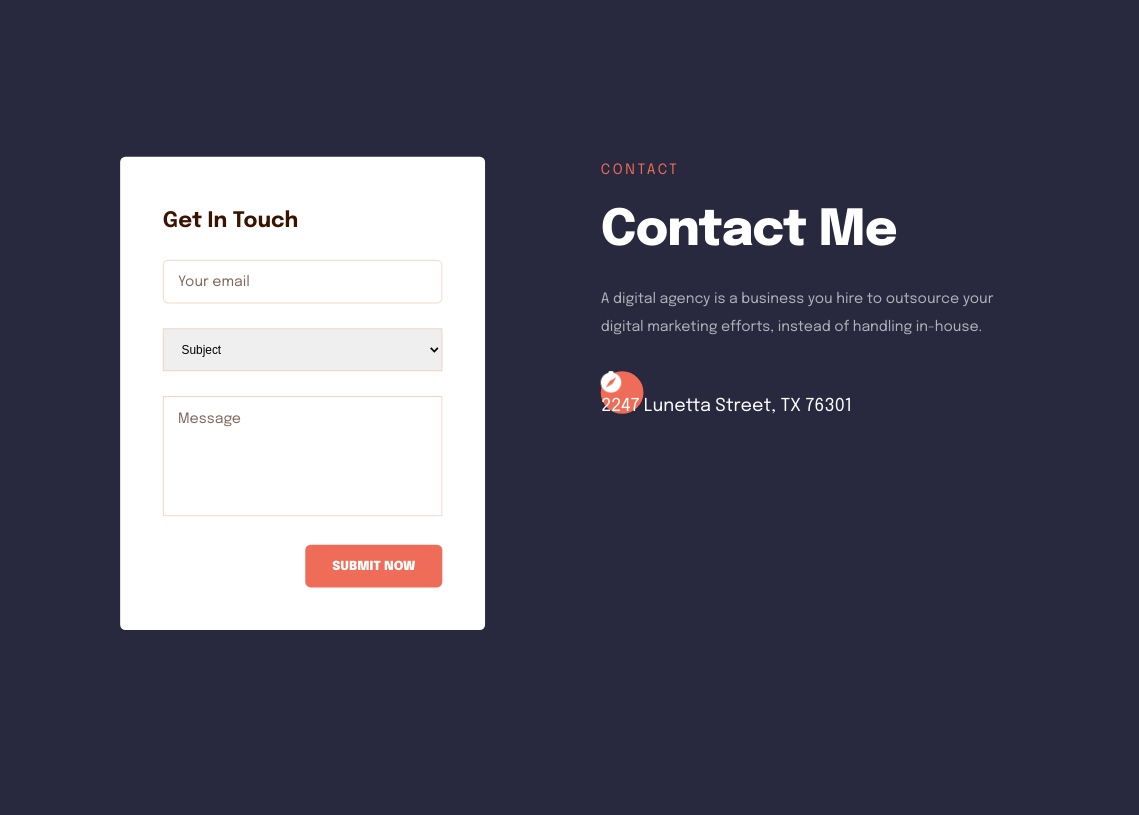
Repository: simralgasimov/contact-me
Page: index.html
These files come from the project's save history. The page is drawn as it stood at one moment and after the next save; the edit follows.
The browser window is 1280 px wide. The pictures show the whole page, at 89% of full size.

Above is the page before, as saved 2023-10-04 13:33:09.

After the next save:
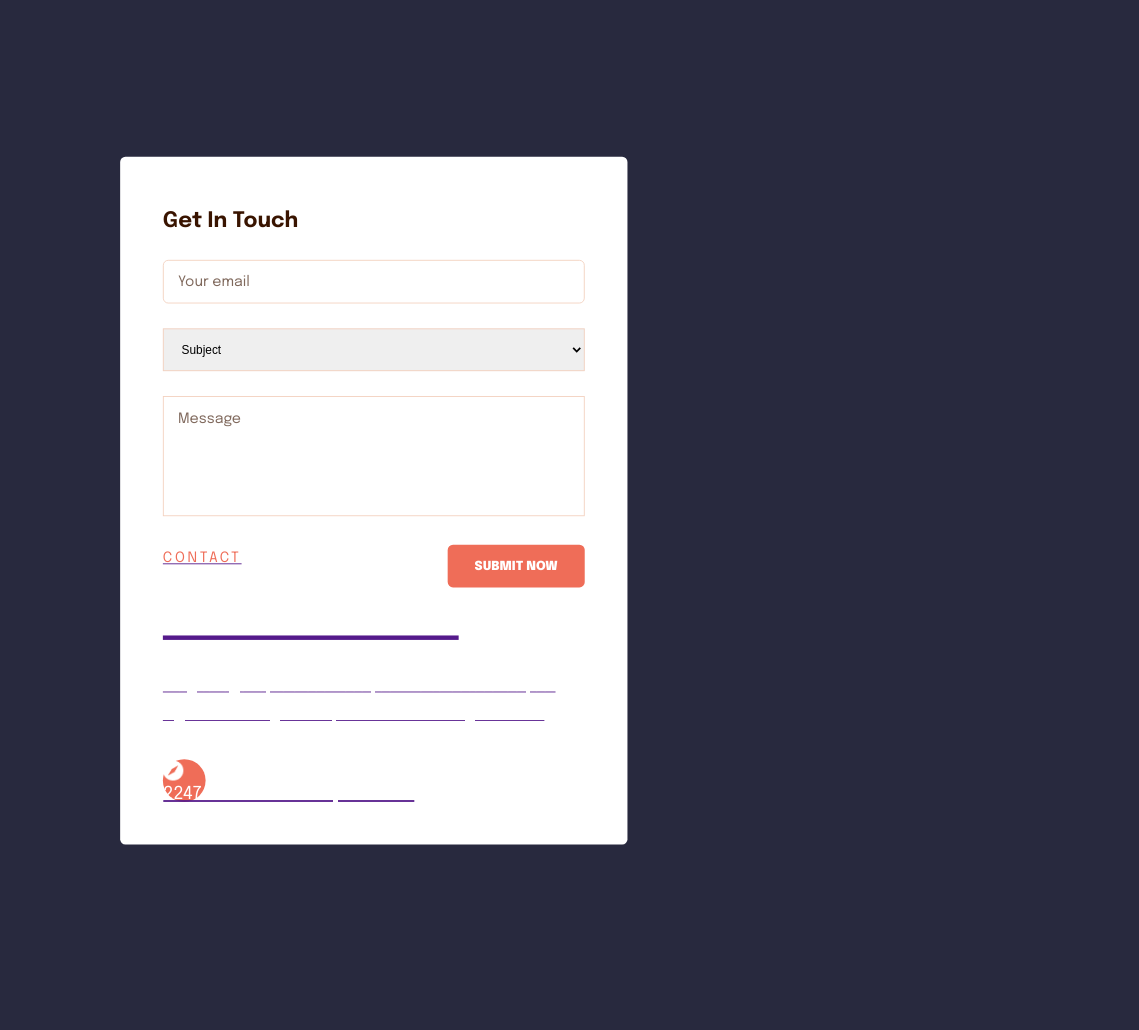
Saved 87 s later.
--- a/index.html
+++ b/index.html
@@ -26,7 +26,7 @@
             <textarea name=""  placeholder="Message" id=""></textarea>
             <!-- <input type="textarea" name="" id="" /> -->
           </label>
-          <button><a href="">Submit Now</a></button>
+          <button><a href="">Submit Now</button>
         </form>
 
 

After the save that followed:
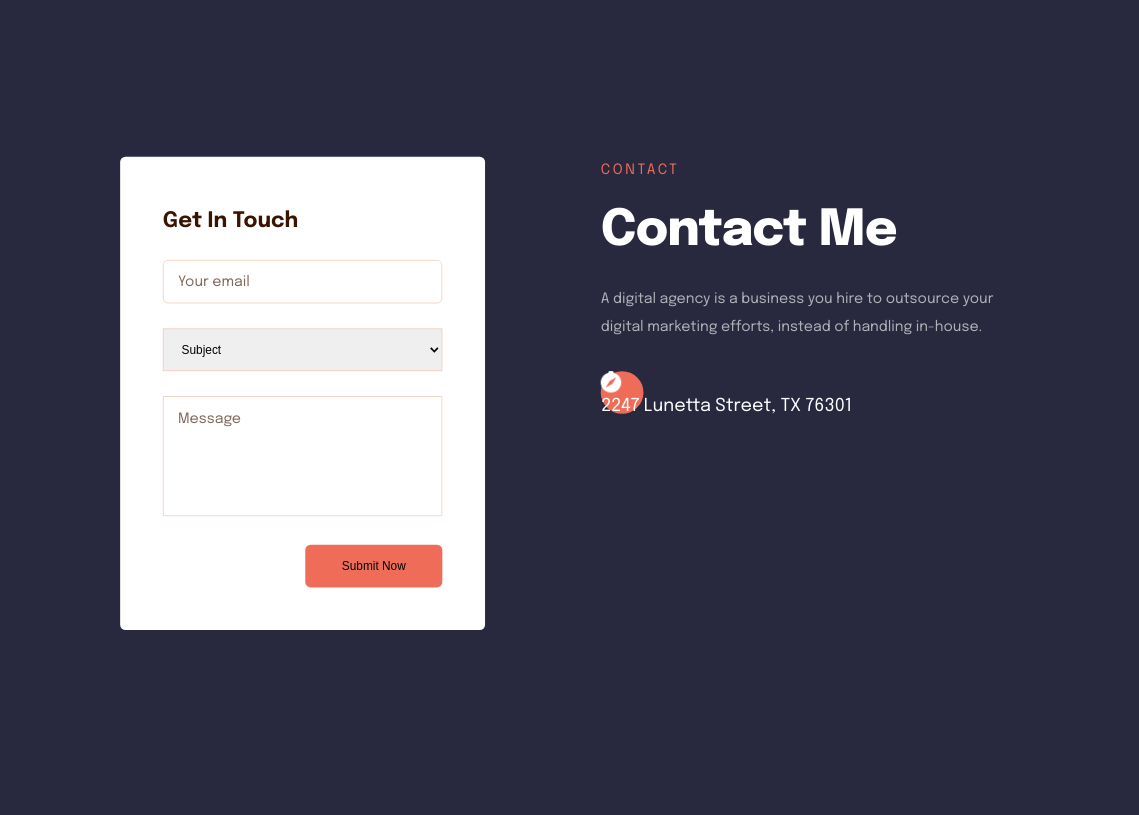
Saved 6 s later.
--- a/index.html
+++ b/index.html
@@ -26,7 +26,7 @@
             <textarea name=""  placeholder="Message" id=""></textarea>
             <!-- <input type="textarea" name="" id="" /> -->
           </label>
-          <button><a href="">Submit Now</button>
+          <button>Submit Now</button>
         </form>
 
 
